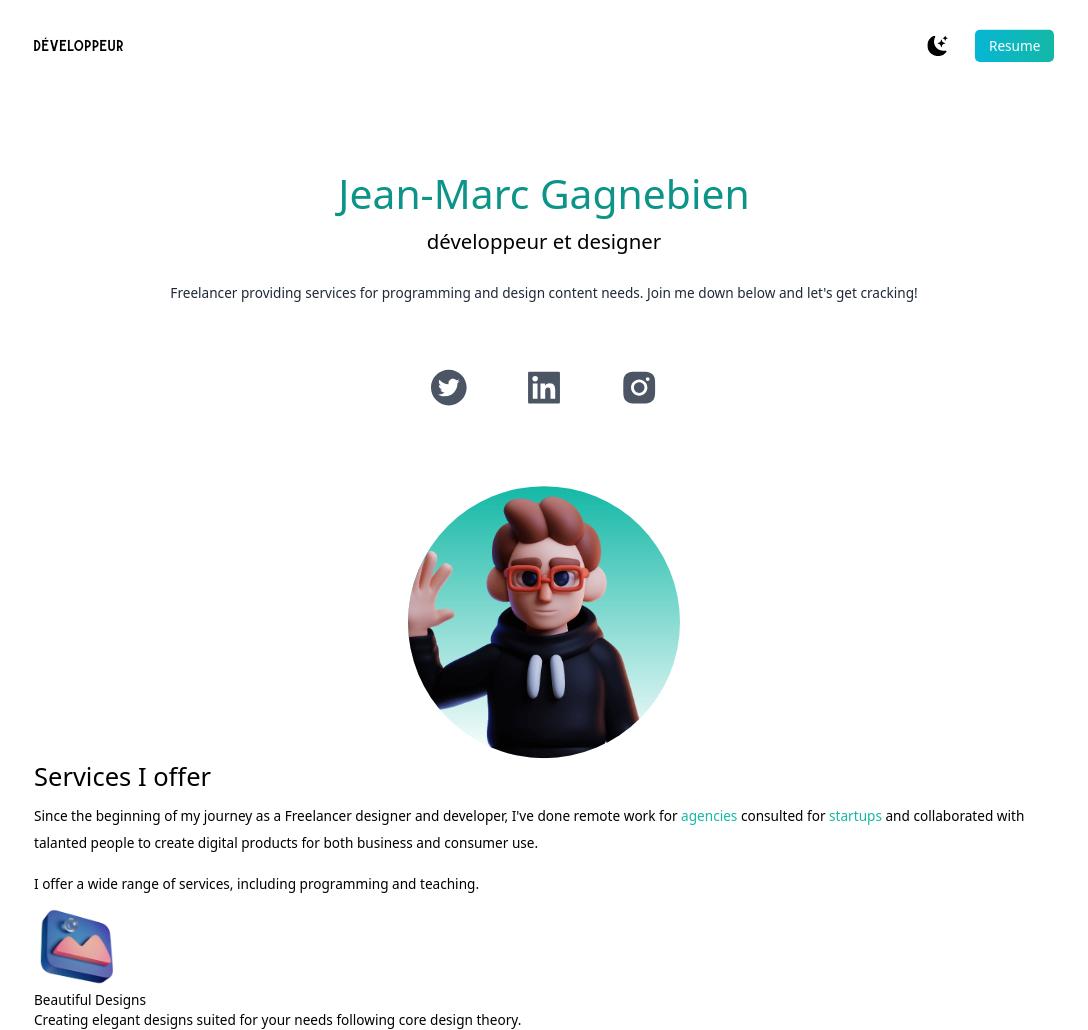
Repository: Jean-MarcG/portfoli_next
Page: /
The author's editor kept a copy of each file at every save. The page is drawn from the files as they stood at one save, then again after the next save.
The browser window is 1280 px wide. The pictures show the whole page, at 85% of full size.
The project was rebuilt for these pictures with package versions that can differ from the ones it lists, and the page was loaded fresh each time. The framework's server and built-in components were replaced by stand-ins that run in the browser. Also part of the build but not shown: next.config.js.

Above is the page before, as saved 2023-04-01 17:56:24.

After the next save:
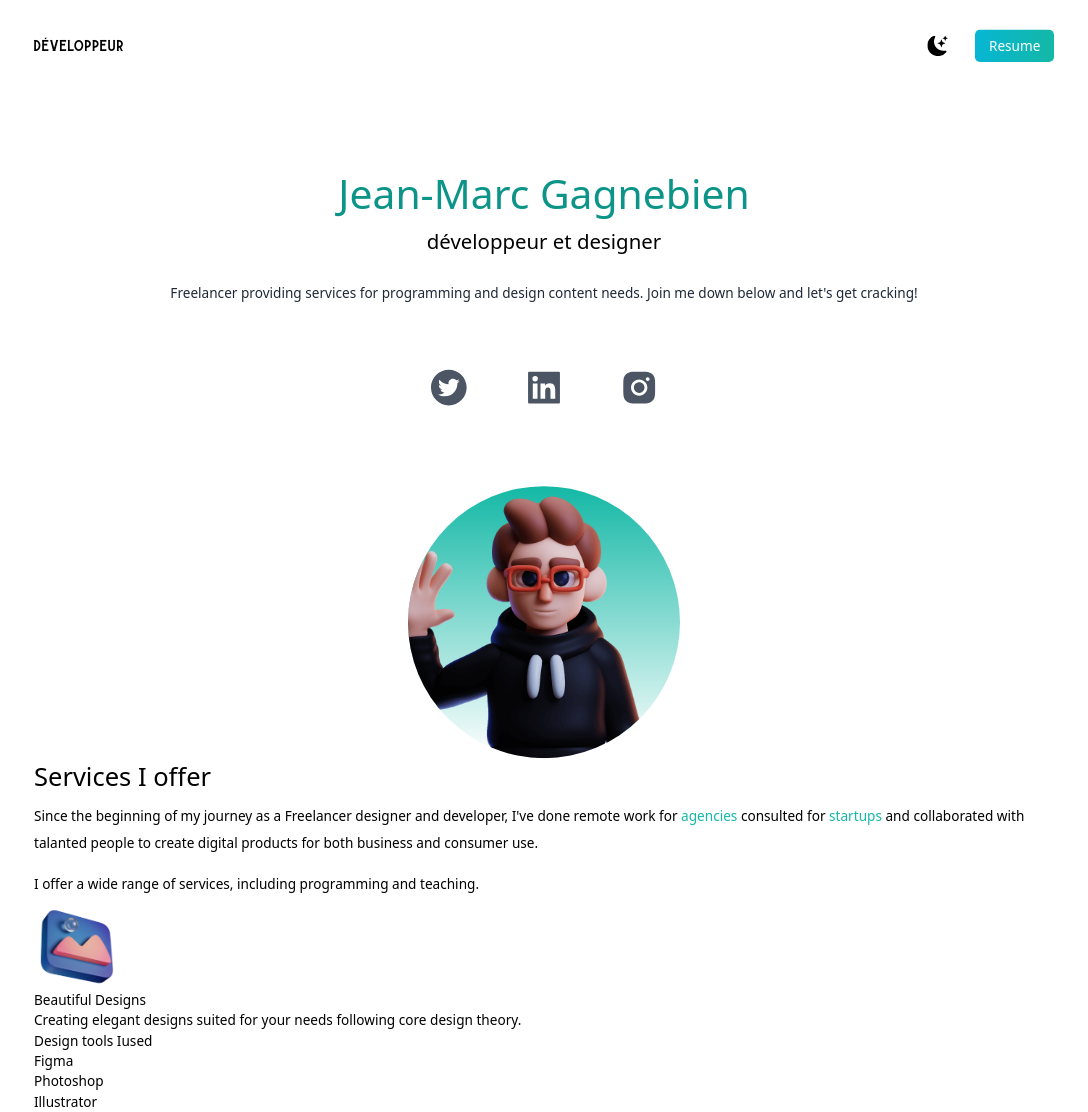
Saved 41 h 7 min later.
--- a/pages/index.js
+++ b/pages/index.js
@@ -64,6 +64,10 @@
               <p>
                 Creating elegant designs suited for your needs following core design theory.
               </p>
+              <h4>Design tools Iused</h4>
+              <p>Figma</p>
+              <p>Photoshop</p>
+              <p>Illustrator</p>
             </div>
           </div>
         </section>
